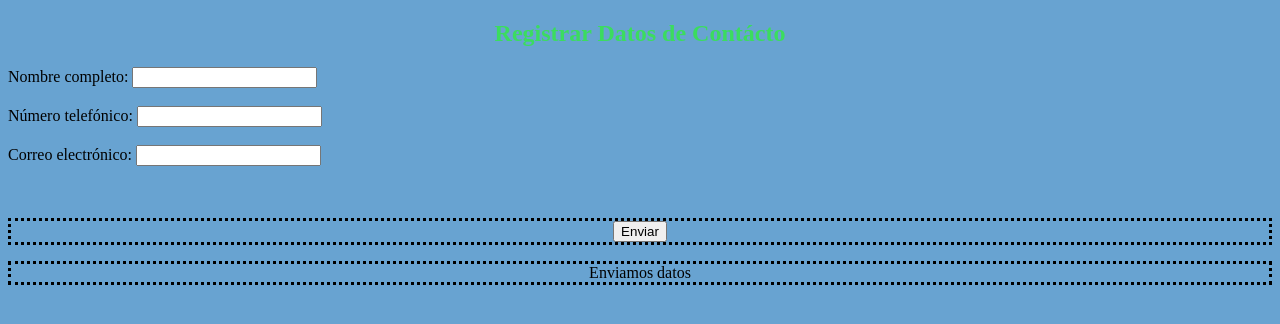
Repository: UVMCoyoacan/VEFY
Page: formularioCV.html
An editor plug-in stored every save of this project. The page is shown before and after the next save, followed by the edit.
The browser window is 1280 px wide. The pictures show the whole page.

Above is the page before, as saved 2024-03-01 11:45:41.

After the next save:
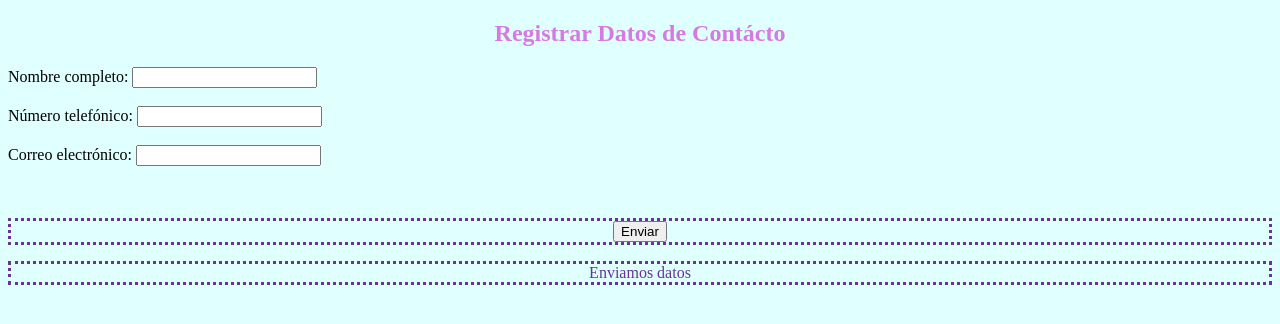
Saved 71 s later.
--- a/formularioCV.html
+++ b/formularioCV.html
@@ -3,7 +3,7 @@
   <head>
 
 
-    <link rel="stylesheet" href="estilo1.css"/>
+    <link rel="stylesheet" href="estilo3.css"/>
 
 
 
